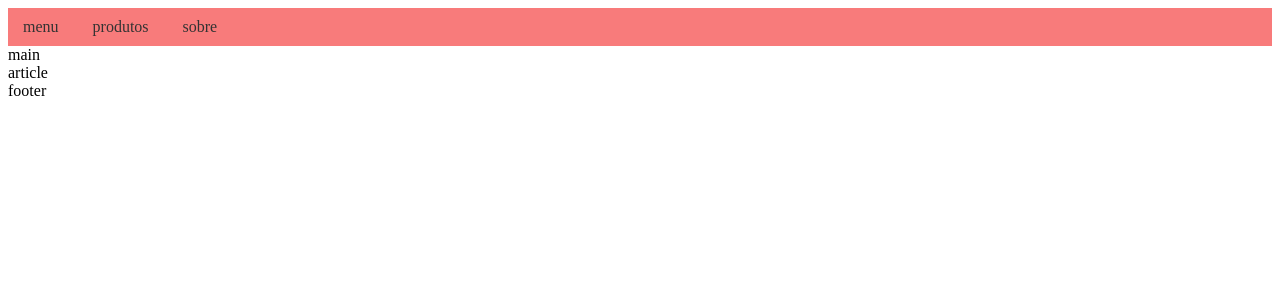
Repository: rafael-beeb/blog-not
Page: myblog/html/index.html
These files come from the project's save history. The page is drawn as it stood at one moment and after the next save; the edit follows.
The browser window is 1280 px wide. The pictures show the whole page.

Above is the page before, as saved 2024-09-19 09:07:07.

After the next save:
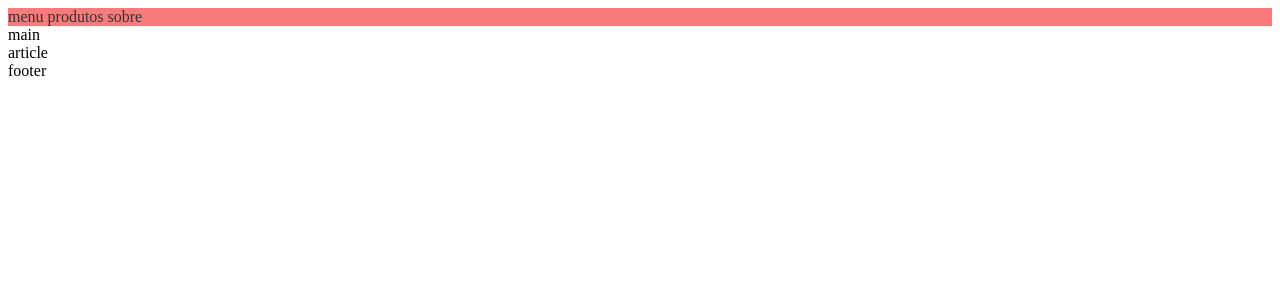
Saved 17 s later.
--- a/myblog/css/styles.css
+++ b/myblog/css/styles.css
@@ -5,7 +5,6 @@
 nav a {
     display: inline-flex;
     text-decoration: none;
-    padding: 10px 15px; /* Space around the links */
     color: #333; /* Link color */
 }
 
